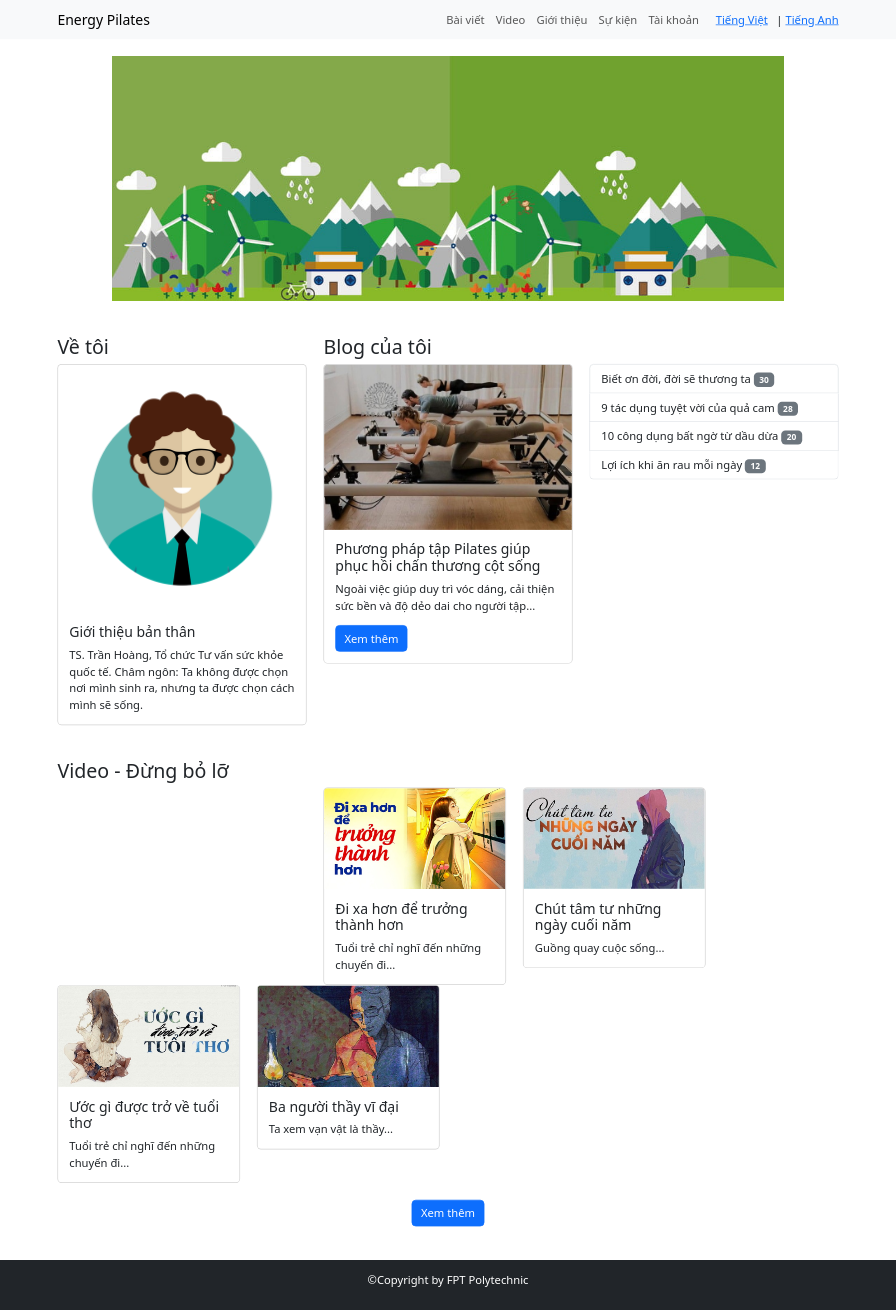
Repository: KizukoHeiwa/SOF308
Page: Lab3/index.html
These files come from the project's save history. The page is drawn as it stood at one moment and after the next save; the edit follows.
The browser window is 1280 px wide. The pictures show the whole page, at 70% of full size.

Above is the page before, as saved 2024-11-07 11:12:40.

After the next save:
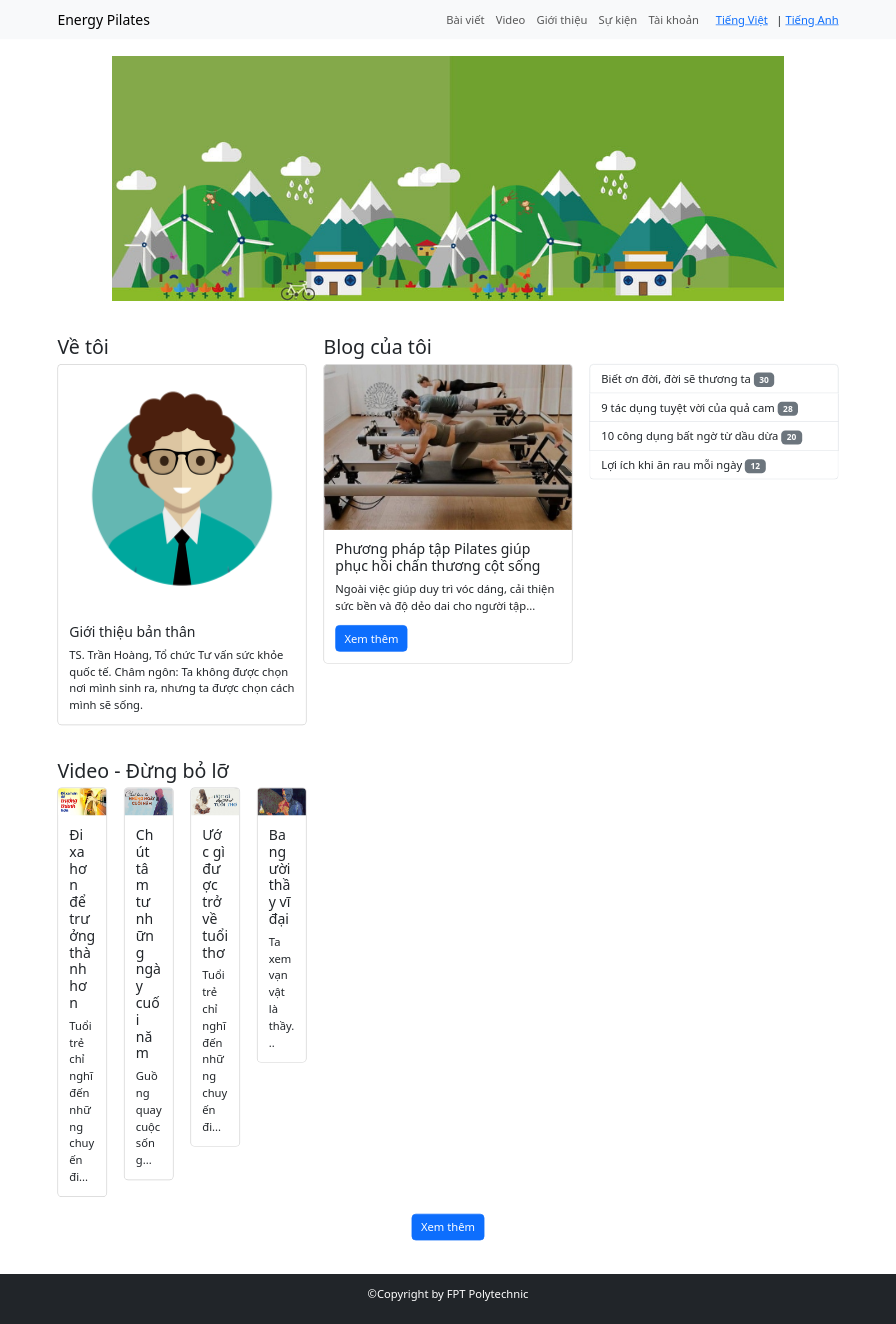
Saved 15 s later.
--- a/Lab3/index.html
+++ b/Lab3/index.html
@@ -87,45 +87,45 @@
       <div class="row">
         <div class="col-4">
             <div class="row">
-
+                <div class="col-md-3">
+                    <div class="card">
+                      <img src="images/video1.jpg" class="card-img-top" alt="Video 1">
+                      <div class="card-body">
+                        <h5 class="card-title">Đi xa hơn để trưởng thành hơn</h5>
+                        <p class="card-text">Tuổi trẻ chỉ nghĩ đến những chuyến đi...</p>
+                      </div>
+                    </div>
+                  </div>
+                  <div class="col-md-3">
+                    <div class="card">
+                      <img src="images/video2.jpg" class="card-img-top" alt="Video 2">
+                      <div class="card-body">
+                        <h5 class="card-title">Chút tâm tư những ngày cuối năm</h5>
+                        <p class="card-text">Guồng quay cuộc sống...</p>
+                      </div>
+                    </div>
+                  </div>
+                  <div class="col-md-3">
+                    <div class="card">
+                      <img src="images/video3.jpg" class="card-img-top" alt="Video 3">
+                      <div class="card-body">
+                        <h5 class="card-title">Ước gì được trở về tuổi thơ</h5>
+                        <p class="card-text">Tuổi trẻ chỉ nghĩ đến những chuyến đi...</p>
+                      </div>
+                    </div>
+                  </div>
+                  <div class="col-md-3">
+                    <div class="card">
+                      <img src="images/video4.jpg" class="card-img-top" alt="Video 4">
+                      <div class="card-body">
+                        <h5 class="card-title">Ba người thầy vĩ đại</h5>
+                        <p class="card-text">Ta xem vạn vật là thầy...</p>
+                      </div>
+                    </div>
+                  </div>
             </div>
         </div>
-        <div class="col-md-3">
-          <div class="card">
-            <img src="images/video1.jpg" class="card-img-top" alt="Video 1">
-            <div class="card-body">
-              <h5 class="card-title">Đi xa hơn để trưởng thành hơn</h5>
-              <p class="card-text">Tuổi trẻ chỉ nghĩ đến những chuyến đi...</p>
-            </div>
-          </div>
-        </div>
-        <div class="col-md-3">
-          <div class="card">
-            <img src="images/video2.jpg" class="card-img-top" alt="Video 2">
-            <div class="card-body">
-              <h5 class="card-title">Chút tâm tư những ngày cuối năm</h5>
-              <p class="card-text">Guồng quay cuộc sống...</p>
-            </div>
-          </div>
-        </div>
-        <div class="col-md-3">
-          <div class="card">
-            <img src="images/video3.jpg" class="card-img-top" alt="Video 3">
-            <div class="card-body">
-              <h5 class="card-title">Ước gì được trở về tuổi thơ</h5>
-              <p class="card-text">Tuổi trẻ chỉ nghĩ đến những chuyến đi...</p>
-            </div>
-          </div>
-        </div>
-        <div class="col-md-3">
-          <div class="card">
-            <img src="images/video4.jpg" class="card-img-top" alt="Video 4">
-            <div class="card-body">
-              <h5 class="card-title">Ba người thầy vĩ đại</h5>
-              <p class="card-text">Ta xem vạn vật là thầy...</p>
-            </div>
-          </div>
-        </div>
+
       </div>
       <div class="text-center mt-4">
         <a href="#" class="btn btn-primary">Xem thêm</a>
